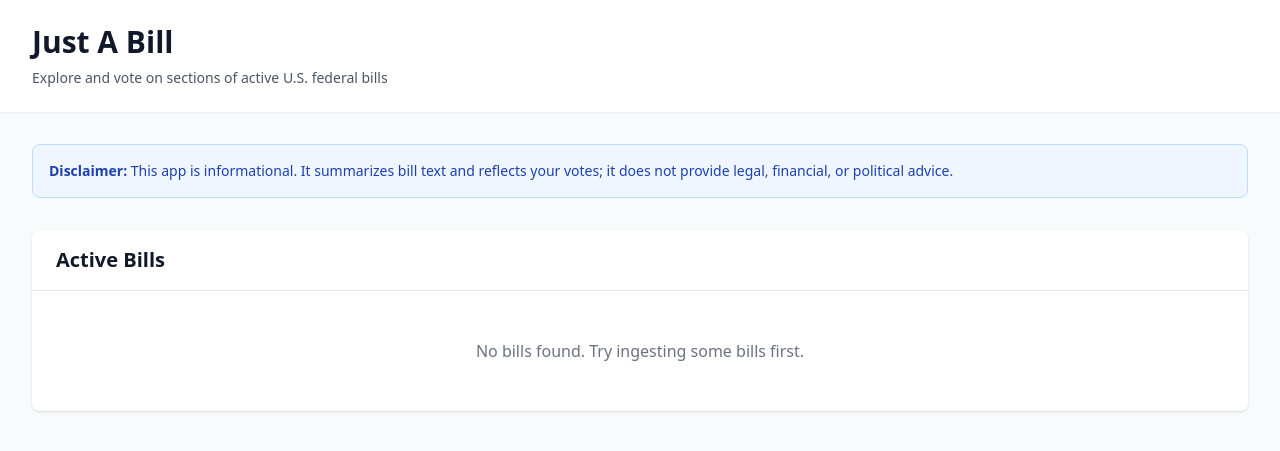
Repository: jschilling12/justabill
Page: / (app in frontend/)
These files come from the project's save history. The page is drawn as it stood at one moment and after the next save; the edit follows.
The browser window is 1280 px wide. The pictures show the whole page.
The page's requests for data from a server got no answer. The project was rebuilt for these pictures with package versions that can differ from the ones it lists, and the page was loaded fresh each time. The framework's server and built-in components were replaced by stand-ins that run in the browser. No one was signed in, and anything a server would have sent is missing. Also part of the build but not shown: frontend/next.config.js.

Above is the page before, as saved 2026-01-04 02:53:18.

After the next save:
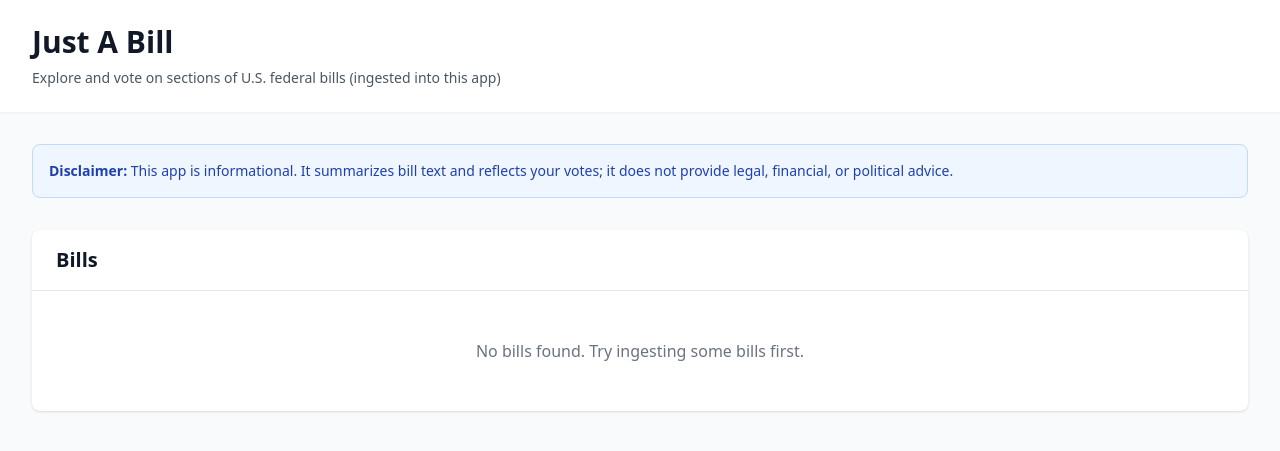
Saved 4 min 23 s later.
--- a/frontend/pages/index.tsx
+++ b/frontend/pages/index.tsx
@@ -37,7 +37,7 @@ export default function Home() {
         <div className="max-w-7xl mx-auto px-4 sm:px-6 lg:px-8 py-6">
           <h1 className="text-3xl font-bold text-gray-900">Just A Bill</h1>
           <p className="mt-2 text-sm text-gray-600">
-            Explore and vote on sections of active U.S. federal bills
+            Explore and vote on sections of U.S. federal bills (ingested into this app)
           </p>
         </div>
       </header>
@@ -55,7 +55,7 @@ export default function Home() {
         {/* Bills List */}
         <div className="bg-white rounded-lg shadow">
           <div className="px-6 py-4 border-b border-gray-200">
-            <h2 className="text-xl font-semibold text-gray-900">Active Bills</h2>
+            <h2 className="text-xl font-semibold text-gray-900">Bills</h2>
           </div>
 
           {loading ? (
